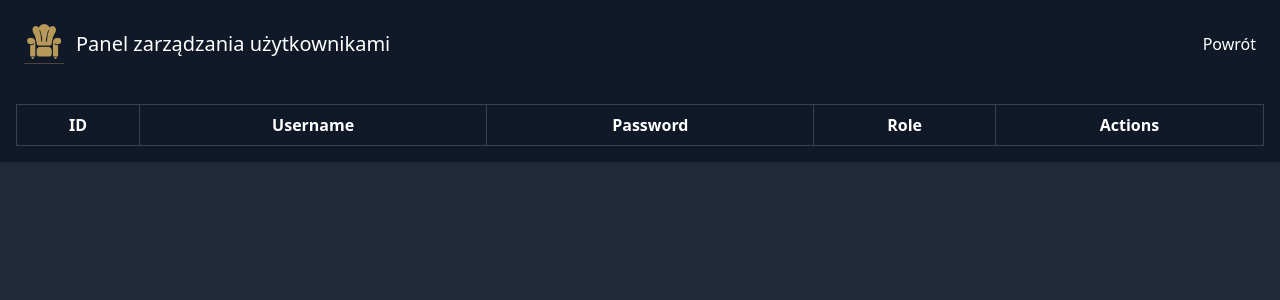
Repository: DaveCala/AplikacjaMeble
Page: http://localhost/admin/users.php
An editor plug-in stored every save of this project. The page is shown before and after the next save, followed by the edit.
The browser window is 1280 px wide. The pictures show the whole page.
The page is run by PHP 8.4 with error messages shown; the project is at /var/www/html/. Queries for data that is not in the repository find no rows.

Above is the page before, as saved 2024-11-29 10:03:10.

After the next save:
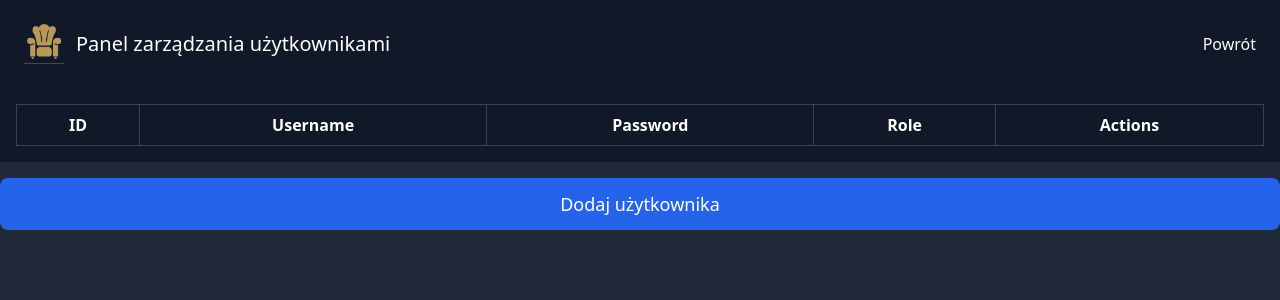
Saved 5 min 23 s later.
--- a/admin/users.php
+++ b/admin/users.php
@@ -58,6 +58,47 @@ $users = $stmt->fetchAll(PDO::FETCH_ASSOC);
 
         </table>
     </div>
+
+    <button type="button" onclick="openAddUserModal()"
+    class="w-full py-3 bg-blue-600 rounded-lg text-white text-lg hover:bg-blue-500 mt-4">
+    Dodaj użytkownika
+</button>
+
+<!-- Modal do dodawania użytkownika -->
+<div id="addUserModal" class="hidden fixed inset-0 bg-gray-800 bg-opacity-90 flex justify-center items-center">
+    <div class="bg-gray-900 p-8 rounded-lg shadow-lg w-full max-w-md">
+        <h2 class="text-2xl text-center mb-4">Dodaj nowego użytkownika</h2>
+
+        <form id="addUserForm">
+            <label for="newUsername" class="block text-sm mb-2">Nazwa użytkownika</label>
+            <input type="text" id="newUsername" name="newUsername" placeholder="Nazwa użytkownika"
+                class="w-full p-3 mb-4 rounded-lg bg-gray-700 text-white placeholder-gray-400 focus:outline-none focus:ring-2 focus:ring-blue-500" required>
+
+            <label for="newPassword" class="block text-sm mb-2">Hasło</label>
+            <input type="password" id="newPassword" name="newPassword" placeholder="Hasło"
+                class="w-full p-3 mb-4 rounded-lg bg-gray-700 text-white placeholder-gray-400 focus:outline-none focus:ring-2 focus:ring-blue-500" required>
+
+            <label for="newRole" class="block text-sm mb-2">Rola</label>
+            <select id="newRole" name="newRole"
+                class="w-full p-3 mb-4 rounded-lg bg-gray-700 text-white focus:outline-none focus:ring-2 focus:ring-blue-500">
+                <option value="admin">Admin</option>
+                <option value="editor">Editor</option>
+                <option value="viewer">Viewer</option>
+            </select>
+
+            <button type="submit"
+                class="w-full py-3 bg-green-600 rounded-lg text-white text-lg hover:bg-green-500">
+                Dodaj użytkownika
+            </button>
+        </form>
+
+        <button onclick="closeAddUserModal()"
+            class="w-full py-3 bg-red-600 rounded-lg text-white text-lg hover:bg-red-500 mt-4">
+            Anuluj
+        </button>
+    </div>
+</div>
+
 
     <script>
         // Funkcja do edycji wiersza
